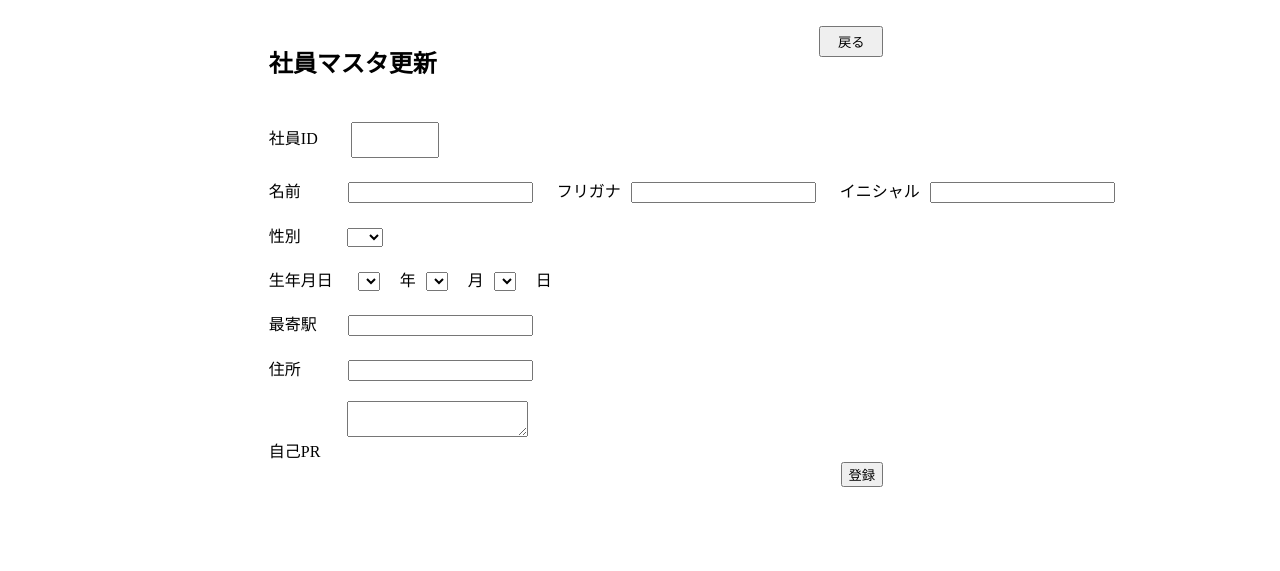
Repository: nguyenvantandev/WebApp
Page: http://localhost/EmployeeInfoSystem/EmployeeUpdate.jsp
An editor plug-in stored every save of this project. The page is shown before and after the next save, followed by the edit.
The browser window is 1280 px wide. The pictures show the whole page.
The page is served by Tomcat 9. Other server files are loaded and not shown.

Above is the page before, as saved 2016-05-31 08:22:15.

### EmployeeInfoSystem/WebContent/EmployeeUpdate.jsp
<%@ page language="java" contentType="text/html; charset=UTF-8"
    pageEncoding="UTF-8"%>
<!DOCTYPE html PUBLIC "-//W3C//DTD HTML 4.01 Transitional//EN" "http://www.w3.org/TR/html4/loose.dtd">
<html>
<head>
<meta http-equiv="Content-Type" content="text/html; charset=UTF-8">
<link rel="stylesheet" type="text/css" href="css/EmployeeUpdate.css">
<script type="text/javascript" src="js/EmployeeUpdate.js"></script>
<title>社員マスタ更新画面</title>
</head>
<body>

<input type="hidden" name="shainNum" id="shaiNum" value="<%=request.getAttribute("shaiNum")%>">
<form action="ShainMasterUpdate" method="post" id="employeeUpdate" name="employeeUpdate">
	<input type="button" id="modoru" name="modoru" value="戻る"><br>
	<h2><b>社員マスタ更新</b></h2>
	<span id="id">社員ID</span><input type="text" id="shainId" name="shainId" value=""><br>
	<span id="name">名前</span><input type="text" id="namae" name="namae" value="">
	<span id="furiname">フリガナ</span><input type="text" id="furigana" name="furigana" value="">
	<span id="shortname">イニシャル</span><input type="text" id="inisharu" name="inisharu"value=""><br>
	<span id="sex">性別</span>
	<select id="sebetsu" name="sebetsu">
	<option></option>
	<option>男</option>
	<option>女</option>
	</select><br>
	<span id="birthday">生年月日</span><select id="year" name="year"></select><span>年</span><select id="month" name="month"></select><span>月</span><select id="day" name="day"></select><span>日</span><br>
	<span id="station">最寄駅</span><input type="text" id="saiyorieki" name="saiyorieki" value=""><br>
	<span id="address">住所</span><input type="text" id="jusho" name="jusho" value=""><br>
	<span id="pr">自己PR</span><textarea id="jikopr" name="jikopr"></textarea><br>
	<input type="button" id="addUpdate" name="addUpdate" value="登録">

</form>
</body>
</html>

### EmployeeInfoSystem/WebContent/css/EmployeeUpdate.css
@CHARSET "UTF-8";

body {
	    margin-left: 21%;
    margin-right: 10%;
    margin-top: 2%;
}
h2 {
	    margin-bottom: 43px;
    margin-top: 0px;
}
#modoru{
	right: 31%;
	position: absolute;
	    width: 64px;
    height: 31px;
}
#id {
	margin-right: 33px;
}
#name{
	    margin-right: 47px;
}
#furiname, #shortname{
    margin-right: 10px;
    margin-left: 20px;
}
#sex{
	margin-right: 42px;
}
#birthday{
	margin-right: 15px;
}
#station{
	    margin-right: 31px;
}
#address{
	    margin-right: 47px;
}
#pr{
	margin-right: 27px;
}

#addUpdate{
	right: 31%;
	position: absolute;
}
#shainId, #namae, #sebetsu, #year, #month, #day, #saiyorieki, #jusho, #jikopr{
    margin-bottom: 20px;
}
#year, #month, #day{
	    margin-right: 20px;
    margin-left: 10px;
}
#shainId{
	    width: 80px;
    height: 30px;
}

### EmployeeInfoSystem/WebContent/js/EmployeeUpdate.js
function employeeUpdate_load() {
	/*
	 * 生年月日 日付設定 ↓
	 */
	var nowyear = new Date().getFullYear();
	var startyear = 2020;
	var endyear = 1950;
	var optionsyear = "";
	for (var year = startyear; year >= endyear; year--) {
		optionsyear += "<option>" + year + "</option>";
	}
	document.getElementsByName("year")[0].innerHTML = optionsyear;
	$('#year').val("");
	// month
	var startmonth = 1;
	var endmonth = 12;
	var optionsmonth = "";
	for (var month = startmonth; month <= endmonth; month++) {
		if (month <= 9) {
			month = "0" + month.toString();
		}
		optionsmonth += "<option>" + month + "</option>";
	}
	document.getElementsByName("month")[0].innerHTML = optionsmonth;
	$('#month').val("");
	// day
	var startday = 1;
	var endday = 31;
	var optionsday = "";
	for (var day = startday; day <= endday; day++) {
		if (day <= 9) {
			day = "0" + day.toString();
		}
		optionsday += "<option>" + day + "</option>";
	}
	document.getElementsByName("day")[0].innerHTML = optionsday;
	$('#day').val("");
	/*
	 * 生年月日 日付設定 ↑
	 */

	/*
	 * 社員マスタ検索画面から取得した値 ↓
	 */
	var shainId_search = document.getElementById("shainId_search").value;
	document.getElementById("shainId_search").value = shainId_search;
	var namae_search = document.getElementById("namae_search").value;
	document.getElementById("namae_search").value = namae_search;
	var sebetsu_search = document.getElementById("sebetsu_search").value;
	document.getElementById("sebetsu_search").value = sebetsu_search;
	var sakujo_search = document.getElementById("sakujo_search").value;
	document.getElementById("sakujo_search").value = sakujo_search;
	var shainNum = document.getElementById("shainNum").value;
	document.getElementById("shainNum").value = shainNum;
	/*
	 * 社員マスタ検索画面から取得した値 ↑
	 */

	/*
	 * 社員マスタ検索画面で「新規追加」ボタンを押下場合 ↓
	 */
	var shainId = document.getElementById("shainId").value;
	if (shainId == "null") {
		document.getElementById("shainId").value = "";
	} else {
		document.getElementById("shainNum").value = shainId
		document.getElementById("shainId").disabled = true;
		document.getElementById("shainId").value = shainId;
	}

	var namae = document.getElementById("namae").value;
	if (namae == "null") {
		document.getElementById("namae").value = "";
	} else {
		document.getElementById("namae").value = namae;
	}

	var furigana = document.getElementById("furigana").value;
	if (furigana == "null") {
		document.getElementById("furigana").value = "";
	} else {
		document.getElementById("furigana").value = furigana;
	}

	var inisharu = document.getElementById("inisharu").value;
	if (inisharu == "null") {
		document.getElementById("inisharu").value = "";
	} else {
		document.getElementById("inisharu").value = inisharu;
	}

	var saiyorieki = document.getElementById("saiyorieki").value;
	if (saiyorieki == "null") {
		document.getElementById("saiyorieki").value = "";
	} else {
		document.getElementById("saiyorieki").value = saiyorieki;
	}

	var jusho = document.getElementById("jusho").value;
	if (jusho == "null") {
		document.getElementById("jusho").value = "";
	} else {
		document.getElementById("jusho").value = jusho;
	}

	var jikopr = document.getElementById("jikopr").value;
	if (jikopr == "null") {
		document.getElementById("jikopr").value = "";
	} else {
		document.getElementById("jikopr").value = jikopr;
	}

	var sex = document.getElementById("selcect_sex").value;
	if (sex == "null") {
		document.getElementById("sebetsu")[0].innerHTML = "";
	} else {
		document.getElementById("sebetsu")[0].innerHTML = sex;
	}

	var birth_year = document.getElementById("birth_year").value;
	if (birth_year == "null") {
		$('#year').val("");
	} else {
		$('#year').val(birth_year);
	}

	var birth_month = document.getElementById("birth_month").value;
	if (birth_month == "null") {
		$('#month').val("");
	} else {
		$('#month').val(birth_month);
	}

	var birth_day = document.getElementById("birth_day").value;
	if (birth_day == "null") {
		$('#day').val("");
	} else {
		$('#day').val(birth_day);
	}

	/*
	 * 社員マスタ検索画面で「新規追加」ボタンを押下場合 ↑
	 */
	var serverErrorMs = document.getElementById("serverErrorMs").value;
	if (serverErrorMs != "null") {
		document.getElementById("addUpdate").disabled = true;
		alert(serverErrorMs);
		return false;
	}
	var notFind = document.getElementById("conditionVal").value;
	if (notFind != "") {
		alert(notFind);
		document.getElementById("conditionVal").value = "検索画面";
		document.getElementById("employeeUpdate").submit();
	}
	var completeMs = document.getElementById("completeMs").value;
	if (completeMs != "null") {
		alert(completeMs);
	}
	if (shainNum != "null") {
		document.getElementById("conditionVal").value = "初期表示";
		document.getElementById("employeeUpdate").submit();
	} else {
		return false;
	}

}

function modoru_click() {
	document.getElementById("conditionVal").value = "戻る";
	document.getElementById("employeeUpdate").submit();
}

function addUpdate_click() {
	var shainId = document.getElementById("shainId").value;
	if (shainId == "") {
		alert("社員IDが未入力です。");
		return false;
	}
	if (shainId != "") {
		var regex = /^[A-Za-z0-9]+$/;
		if (!shainId.match(regex)) {
			alert("社員IDは半角英数字で入力してください。");
			return false;
		}
	}
	var namae = document.getElementById("namae").value;
	if (namae == "" || namae == " " || namae == "　") {
		alert("名前が未入力です。");
		return false;
	}

	var furigana = document.getElementById("furigana").value;
	if (furigana == "" || furigana == " " || furigana == "　") {
		alert("フリガナが未入力です。");
		return false;
	}
	var inisharu = document.getElementById("inisharu").value;
	if (inisharu == "" || inisharu == " " || inisharu == "　") {
		alert("イニシャルが未入力です。");
		return false;
	}
	var sebetsu = document.getElementById("sebetsu").value;
	if (sebetsu == "") {
		alert("性別が未選択です。");
		return false;
	}
	var year = document.getElementById("year").value;
	if (year == "") {
		alert("生年月日が未選択です。");
		return false;
	}
	var month = document.getElementById("month").value;
	if (month == "") {
		alert("生年月日が未選択です。");
		return false;
	}
	var day = document.getElementById("day").value;
	if (day == "") {
		alert("生年月日が未選択です。");
		return false;
	}
	dt = new Date(year, month - 1, day);
	if (dt.getFullYear() != year || dt.getMonth() != month - 1
			|| dt.getDate() != day) {
		alert("出版年月日が不正です。");
		return false;
	}

	var jusho = document.getElementById("jusho").value;
	if (jusho == "" || jusho == " " || jusho == "　") {
		alert("住所が未入力です。");
		return false;
	}
	var com = confirm("社員を登録/更新してよろしいですか？");
	if (com == true) {
		document.getElementById("conditionVal").value = "登録/更新";
		document.getElementById("shainNum").value = shainId;
		document.getElementById("employeeUpdate").submit();
	} else {
		return false;
	}
}

After the next save:
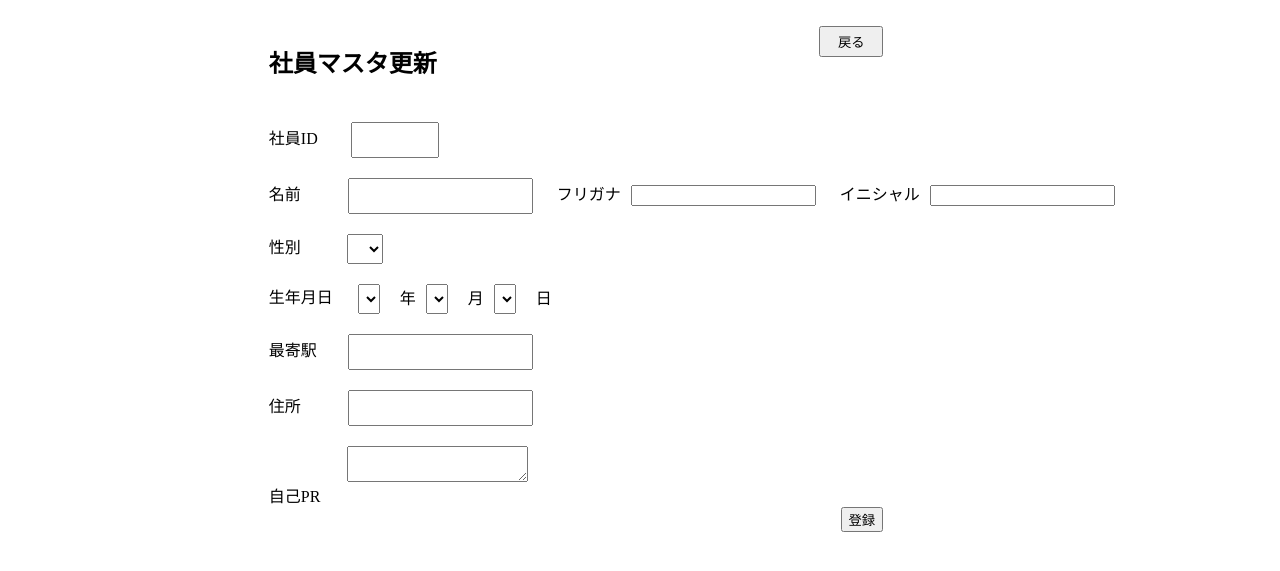
Saved 39 s later.
--- a/EmployeeInfoSystem/WebContent/css/EmployeeUpdate.css
+++ b/EmployeeInfoSystem/WebContent/css/EmployeeUpdate.css
@@ -47,6 +47,7 @@ h2 {
 }
 #shainId, #namae, #sebetsu, #year, #month, #day, #saiyorieki, #jusho, #jikopr{
     margin-bottom: 20px;
+    height: 30px;
 }
 #year, #month, #day{
 	    margin-right: 20px;
@@ -54,5 +55,5 @@ h2 {
 }
 #shainId{
 	    width: 80px;
-    height: 30px;
+
 }
